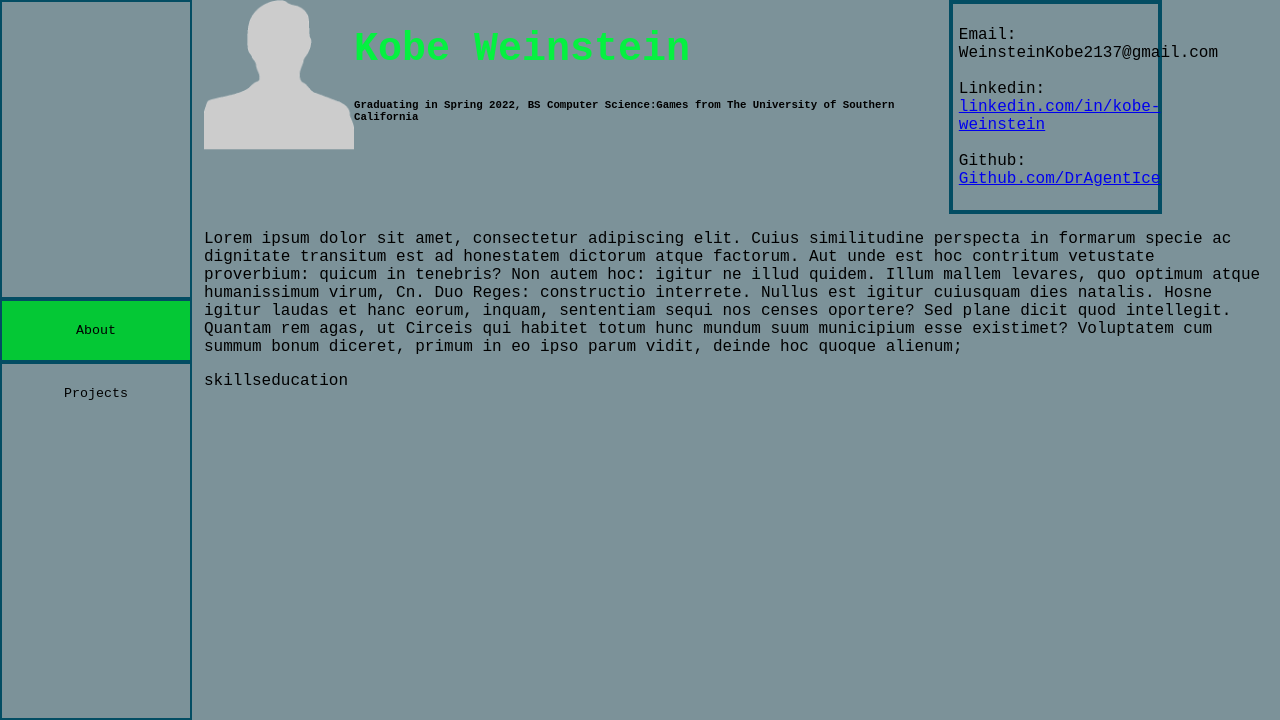
Repository: DrAngentIce/Kobe.Weinstein
Page: PortfollioSite/WebContent/Index.html
An editor plug-in stored every save of this project. The page is shown before and after the next save, followed by the edit.
The browser window is 1280 px wide. The pictures show the whole page.

Above is the page before, as saved 2021-01-15 04:08:50.

### PortfollioSite/WebContent/Index.html
<!DOCTYPE html>
<html>
<head>
<meta charset="ISO-8859-1">
<title>Kobe Weinstein</title>

<style>

 * {box-sizing: border-box}

 :root {
  --primary: #05F140;
  --primaryDim: #04C835;
  --textP: #000000;
  --Secondary: #034D63;
  --SecondaryLight: #046B8B;
  --textS: #dadfe1;
  --bg: #7C9299;
  --textBg: #000000;
  }

 body {
  font-size: 100%;
  font-family:"Courier New", monospace;
}


 .tab {
  float: left;
  border: 2px solid var(--Secondary);
  background-color: var(--bg);
  width: 15vw;
  height: 100vh;
  display: flex;
  justify-content: center;
  flex-direction: column;
	}

 .tab button {
  display: block;
  background-color: inherit;
  padding: 22px 16px;
  width: 100%;
  border: none;
  outline: none;
  text-align: center;
  cursor: pointer;
  transition: 0.3s;
  font-family:"Courier New", monospace;
  color: var(--textP);
}

.tab button:hover {
  background-color: var(--primary);
  color: var(--textP);
  border-top: 4px solid var(--SecondaryLight);
  border-bottom: 4px solid var(--SecondaryLight);
}

.tab button.active {
  background-color: var(--primaryDim);
  color: var(--textP);
  border-top: 4px solid var(--Secondary);
  border-bottom: 4px solid var(--Secondary);
}

.projectContent {
  float: left;
  padding: 0px 12px;
  border: 1px solid var(--Secondary);
  width: 70vw;
  border-left: none;
  height: 100vh;
  display: none;
  font-family:"Courier New", monospace;
}

.tabContent {
  float: left;
  padding: 0px 12px;
  border: none;
  width: 85vw;
  border-left: none;
  height: 100vh;
  display: none;
  font-family:"Courier New", monospace;
  background-color: var(--bg);

}

.columnName
{
	width: 70%;
	display:flex;
	align-content:center;
}

.columnContact
{
	width: 20%;
	border: 4px solid var(--Secondary);
	padding: 6px;
}

.SkillsCourses
{
	display: flex;
	flex-flow: row wrap;
	align-content: space-around;
	width: 100%;
}

</style>


<script>
function openTab(evt, tabName)
{

	var i, tabContent, tabs;


	tabcontent = document.getElementsByClassName("tabContent");
	for(i=0; i < tabcontent.length; i++)
	{
		tabcontent[i].style.display = "none";
	}

	tabs = document.getElementsByClassName("tablinks");
	for(i=0; i < tabs.length; i++)
	{
		tabs[i].className = tabs[i].className.replace(" active", "");
	}

	document.getElementById(tabName).style.display = "block";

	if(tabName == 'projects')
	{
		document.getElementById(tabName).style.padding = "0px 0px";
	}

	evt.currentTarget.className += " active";

}

function openProject(evt, projectName)
{

	var i, tabContent, tabs;


	tabcontent = document.getElementsByClassName("projectContent");
	for(i=0; i < tabcontent.length; i++)
	{
		tabcontent[i].style.display = "none";
	}

	tabs = document.getElementsByClassName("projectlinks");
	for(i=0; i < tabs.length; i++)
	{
		tabs[i].className = tabs[i].className.replace(" active", "");
	}

	document.getElementById(projectName).style.display = "block";

	evt.currentTarget.className += " active";

}


</script>


</head>


<body style="width: 100vw; height: 100vh; margin: 0; padding: 0;">

	<div class="tab">
	<button class="tablinks" onclick="openTab(event, 'about')" id="default">About</button>
	<button class="tablinks" onclick="openTab(event, 'projects')">Projects</button>
	</div>


	<div id = "projects" class="tabContent">
		<div class="tab" style="border-left: none;">
			<button class="projectlinks" onclick="openProject(event,'BookStacks')">The BookStacks</button>
			<button class="projectlinks" onclick="">Runner's Edge</button>
			<button class="projectlinks" onclick="">Pinball</button>
		</div>

		<div id="BookStacks" class="projectContent">
		The BookStacks
		</div>
		<div id="RunnersEdge" class="projectContent">
		Runner's Edge
		</div>
		<div id="RunnersEdge" class="projectContent">
		 Pinball
		</div>

	</div>

	<div id="about" class="tabContent">

	<div style="width:100%; display:flex; flex-flow:row wrap; align-content:space-between;">

		<div class="columnName">
			<img src="Portrait.gif" width="150px" height="150px">
			<div>
			<h1 style="color: var(--primary); font-size:2.5em;">Kobe Weinstein</h1>
			<h6>Graduating in Spring 2022, BS Computer Science:Games from The University of Southern California</h6>
			</div>
		</div>

		<div class="columnContact">
		<p>
			Email:<br> WeinsteinKobe2137@gmail.com
			<br><br>Linkedin:<br><a href="http://www.linkedin.com/in/kobe-weinstein">linkedin.com/in/kobe-weinstein</a>
			<br><br>Github:<br><a href="http://www.Github.com/DrAgentIce">Github.com/DrAgentIce</a>
		</p>
		</div>

	</div>

	<p>Lorem ipsum dolor sit amet, consectetur adipiscing elit. Cuius similitudine perspecta in formarum specie ac dignitate transitum est ad honestatem dictorum atque factorum. Aut unde est hoc contritum vetustate proverbium: quicum in tenebris? Non autem hoc: igitur ne illud quidem. Illum mallem levares, quo optimum atque humanissimum virum, Cn. Duo Reges: constructio interrete. Nullus est igitur cuiusquam dies natalis. Hosne igitur laudas et hanc eorum, inquam, sententiam sequi nos censes oportere? Sed plane dicit quod intellegit. Quantam rem agas, ut Circeis qui habitet totum hunc mundum suum municipium esse existimet? Voluptatem cum summum bonum diceret, primum in eo ipso parum vidit, deinde hoc quoque alienum; </p>

	<div class="SkillsCourses">

	<div class="column">
	skills
	</div>

	<div class="column">
	education
	</div>

	</div>


	</div>

<script>
document.getElementById("default").click();
</script>
</body>

</html>

After the next save:
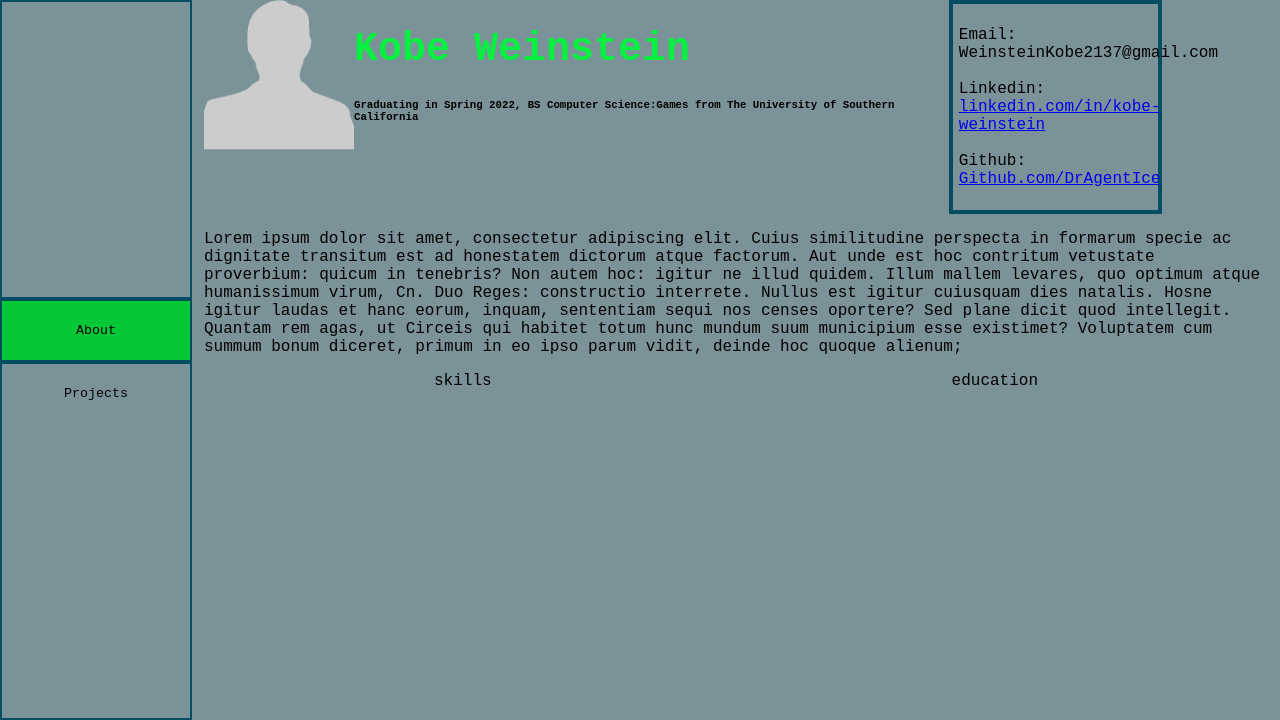
Saved 95 s later.
--- a/PortfollioSite/WebContent/Index.html
+++ b/PortfollioSite/WebContent/Index.html
@@ -106,7 +106,7 @@
 {
 	display: flex;
 	flex-flow: row wrap;
-	align-content: space-around;
+	justify-content: space-around;
 	width: 100%;
 }
 
